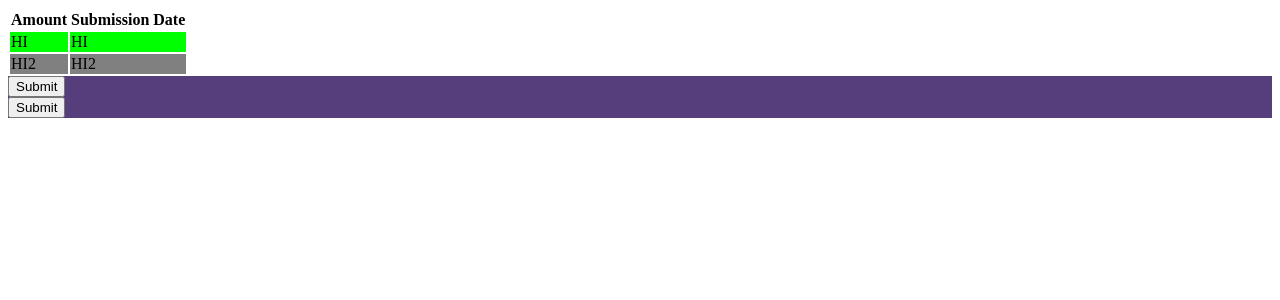
Repository: AlexHajek93/Workspace
Page: http://localhost/ERS_Web/Test.jsp
The author's editor kept a copy of each file at every save. The page is drawn from the files as they stood at one save, then again after the next save.
The browser window is 1280 px wide. The pictures show the whole page.
The page is served by Tomcat 9.

Above is the page before, as saved 2016-08-11 23:31:34.

After the next save:
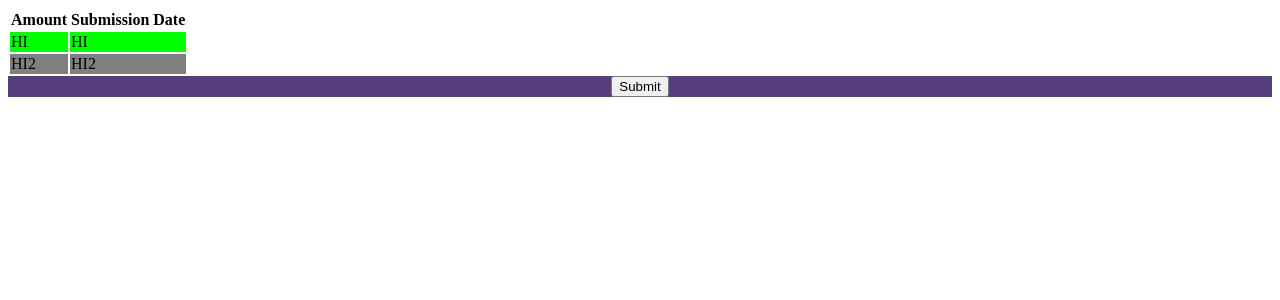
Saved 82 s later.
--- a/ERS_Web/WebContent/Test.jsp
+++ b/ERS_Web/WebContent/Test.jsp
@@ -5,6 +5,7 @@
 <head>
 <meta http-equiv="Content-Type" content="text/html; charset=ISO-8859-1">
 <title>Insert title here</title>
+<link rel="stylesheet" href="./styles.css">
 </head>
 <body>
 	<table class="table">
@@ -14,6 +15,5 @@
 		<tr style="background-color:gray;"><td>HI2</td><td>HI2</td></tr>
 	</table>
 	<form action="test.do" method="post" style="color:#fff; background-color: #563d7c; border-color: #563d7c;"><input type="submit"/></form>
-	<form action="test.do" method="post" style="color:#fff; background-color: #563d7c; border-color: #563d7c;"><input type="submit"/></form>
 </body>
 </html>
